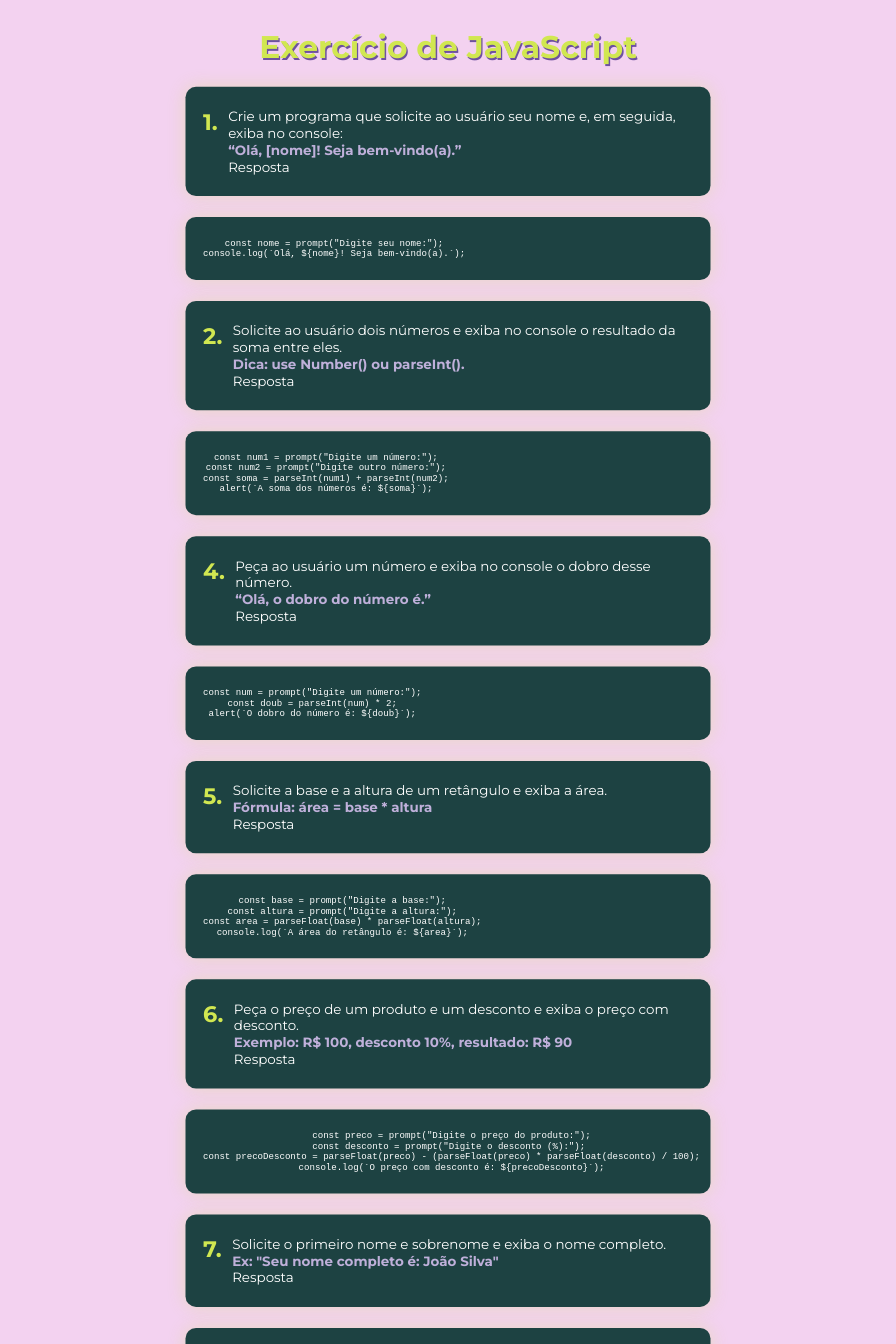
Repository: Anajaraa/atividadeJS
Page: index.html
These files come from the project's save history. The page is drawn as it stood at one moment and after the next save; the edit follows.
The browser window is 1280 px wide. The pictures show the part of the page from y = 0 to 1920 px (the page is 2595 px tall before and 1500 px after), at 70% of full size.
Some web fonts or font styles are not loaded; a fallback is used.

Above is the page before, as saved 2025-08-05 12:38:16.

After the next save:
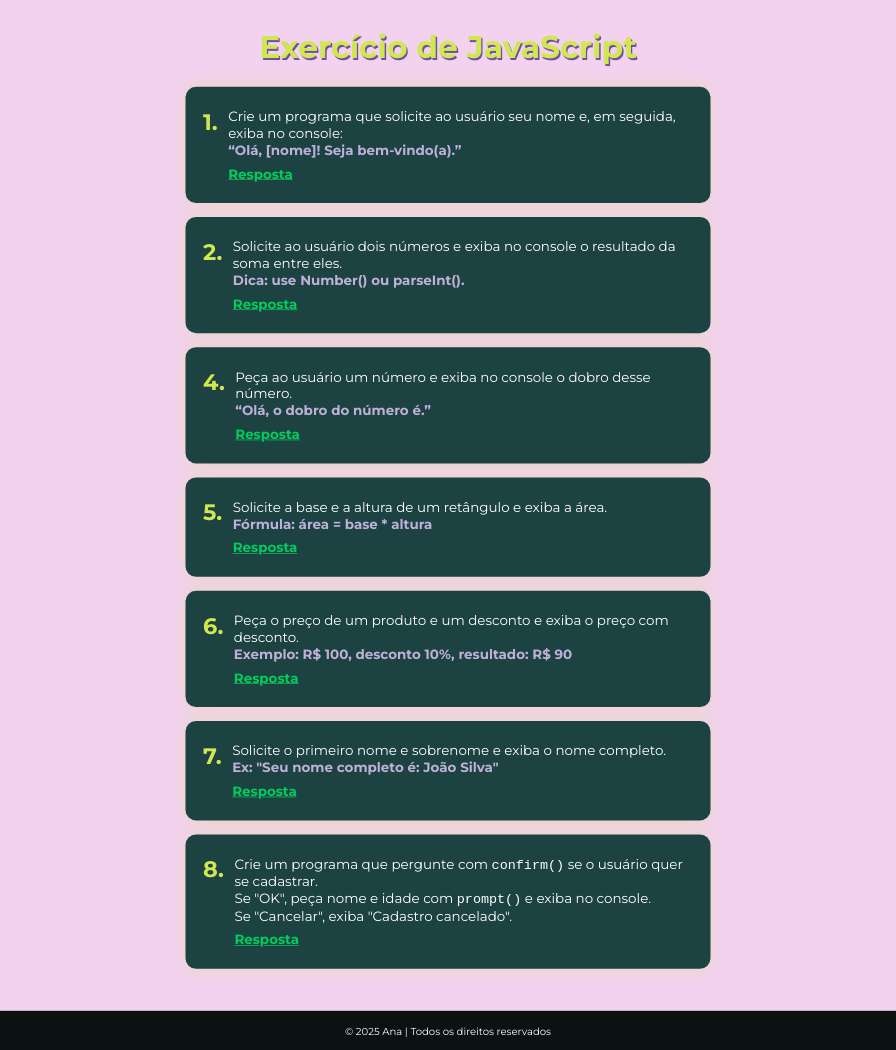
Saved 27 s later.
--- a/style.css
+++ b/style.css
@@ -1,7 +1,5 @@
+@import url('https://fonts.googleapis.com/css2?family=Montserrat:ital,wght@0,100..900;1,100..900&family=Sofia&display=swap');
 
-@import url('https://fonts.googleapis.com/css2?family=Montserrat:ital,wght@0,100..900;1,100..900&family=Sofia&display=swap');
-/* Reset básico */
-/* Reset */
 * {
   margin: 0;
   padding: 0;
@@ -44,7 +42,7 @@
   display: flex;
   gap: 15px;
   align-items: flex-start;
-  margin-bottom: 30px; /* <<< AQUI ESTÁ A MÁGICA */
+  margin-bottom: 20px;
 }
 
 .numero {
@@ -57,6 +55,7 @@
   font-size: 1.2rem;
   color: #ffffff;
   text-align: left;
+  flex: 1;
 }
 
 .descricao strong {
@@ -71,3 +70,25 @@
   background-color: #0c1111;
   color: #ffffff;
 }
+
+.resposta-btn {
+  display: inline-block;
+  margin-top: 10px;
+  color: #03cc5e;
+  font-weight: bold;
+  cursor: pointer;
+  text-decoration: underline;
+}
+
+.resposta-card {
+  display: none;
+  background-color: #2c2c2c;
+  color: #d4ffd4;
+  padding: 20px;
+  border-radius: 15px;
+  max-width: 750px;
+  width: 90%;
+  font-family: monospace;
+  white-space: pre-wrap;
+  word-wrap: break-word;
+}
